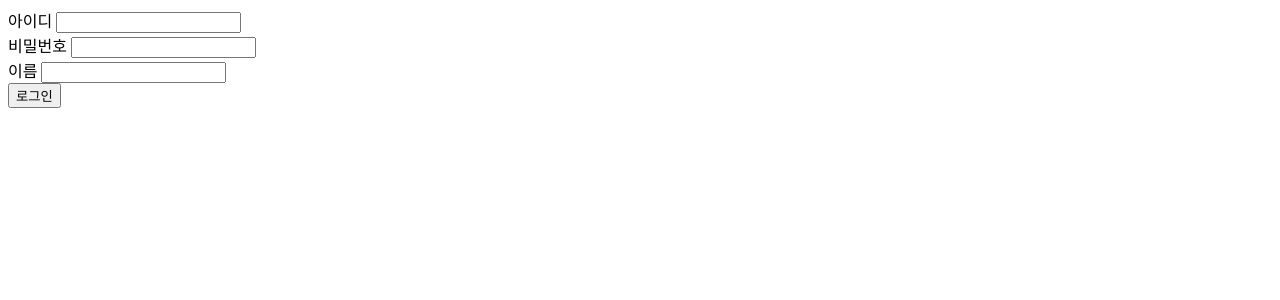
Repository: j-hee-98/Servlet-JSP
Page: http://localhost/WS_0415/login/LoginForm.jsp
The author's editor kept a copy of each file at every save. The page is drawn from the files as they stood at one save, then again after the next save.
The browser window is 1280 px wide. The pictures show the whole page.
The page is served by Tomcat 10.

Above is the page before, as saved 2025-04-15 07:34:05.

After the next save:
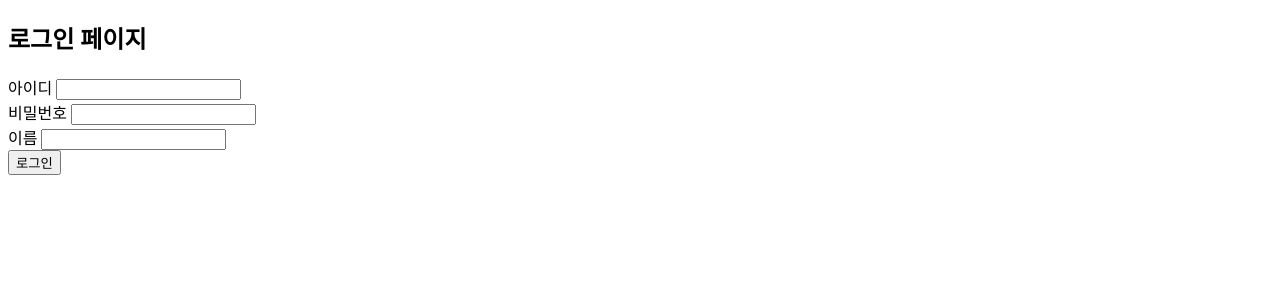
Saved 86 s later.
--- a/WS_0415/src/main/webapp/login/LoginForm.jsp
+++ b/WS_0415/src/main/webapp/login/LoginForm.jsp
@@ -7,6 +7,7 @@
 <title>Insert title here</title>
 </head>
 <body>
+<h2>로그인 페이지</h2>
 	<form action="login"  method="post">
 		<label for="id">아이디</label>
 		<input type="id"  name="id"> <br>
